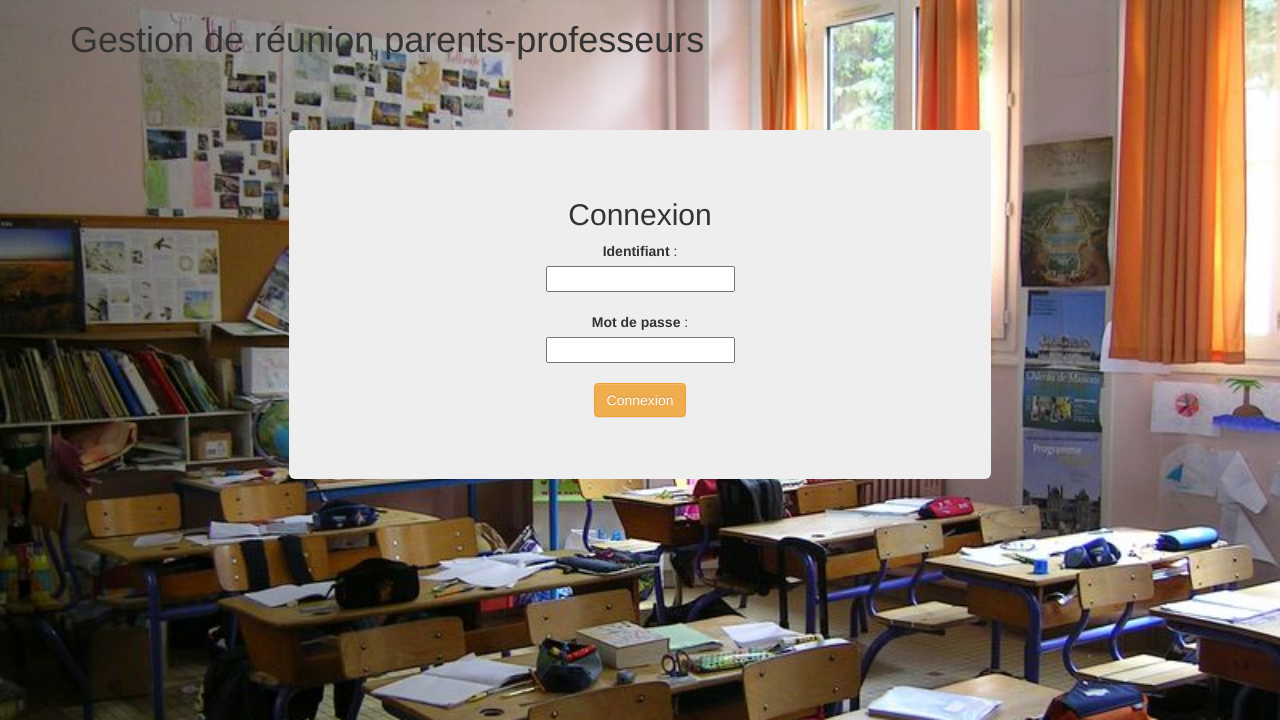
Repository: scra/parentsProfesseurs
Page: http://localhost/AccueilConnexion.php
The author's editor kept a record of every edit. The page is drawn from the files as they stood at one moment, then again after the next edit.
The browser window is 1280 px wide. The pictures show the whole page.
The page is run by PHP 8.4 with error messages shown; the project is at /var/www/html/.

Above is the page before.

After the next edit:
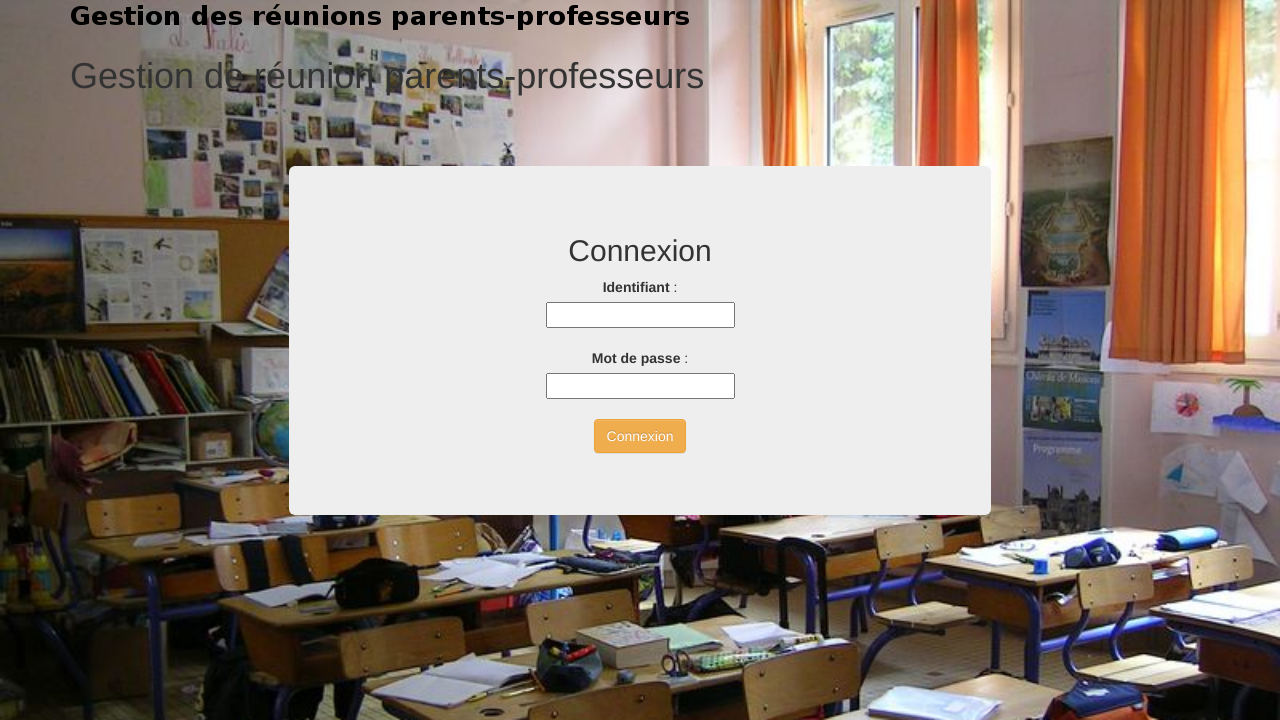
The edit:
--- a/workspace/AccueilConnexion.php
+++ b/workspace/AccueilConnexion.php
@@ -26,7 +26,7 @@
 				<header>
 					<div class="row">
  						 <div class="col-md-12">
-
+									<img src="images/titreAccueil.png" height>
         						  <b><h1>Gestion de réunion parents-professeurs</h1></b><br/><br/><br/>
   						</div>
 					</div>

After the 2 edits that followed:
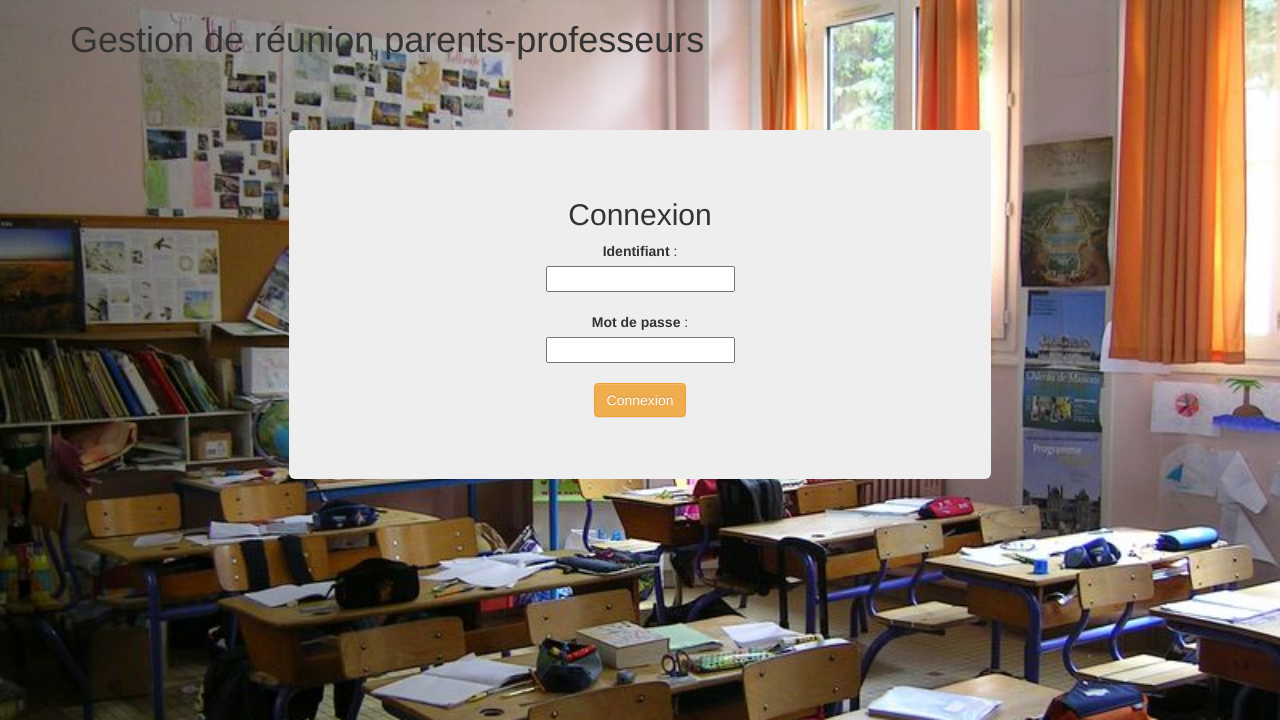
The 2 edits are shown as one change because 1 left the picture as it was.
The edit:
--- a/workspace/AccueilConnexion.php
+++ b/workspace/AccueilConnexion.php
@@ -1,6 +1,7 @@
 <style type="text/css">
 	body{
   background-image:url(images/ecole.jpg);
+  background-repeat: no-repeat;
   opacity: 1;
    margin:0;
   padding:0;
@@ -26,7 +27,6 @@
 				<header>
 					<div class="row">
  						 <div class="col-md-12">
-									<img src="images/titreAccueil.png" height>
         						  <b><h1>Gestion de réunion parents-professeurs</h1></b><br/><br/><br/>
   						</div>
 					</div>
